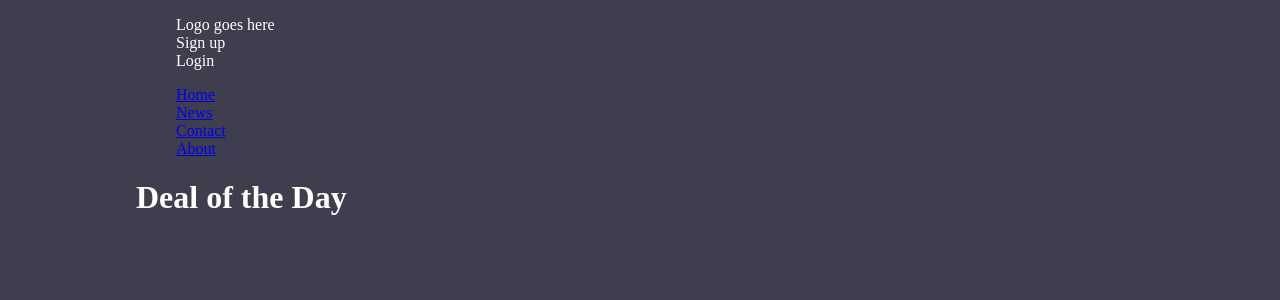
Repository: jigom11791/Wavez
Page: Wavez/Waves-Site/index.html
These files come from the project's save history. The page is drawn as it stood at one moment and after the next save; the edit follows.
The browser window is 1280 px wide. The pictures show the whole page.

Above is the page before, as saved 2020-10-30 17:47:53.

### Wavez/Waves-Site/index.html
<!DOCTYPE html>
<html>
<head>
    <title>Waves Price Tracker</title>
    <link rel="stylesheet" href="style.css">
</head>
<body>
    <div id="container">

        <div id="header">
            <ul>
                <li class="left">Logo goes here</li>
                <li class="left">Sign up</li>
                <li class="right">Login</li>
            </ul>
        </div>
        <div id="top-nav">
            <ul class="topnav">
                <li><a class="active" href="#">Home</a></li>
                <li><a href="#">News</a></li>
                <li><a href="#">Contact</a></li>
                <li class="right"><a href="#">About</a></li>
              </ul>

        </div>
        <div id="content">
            <h1>Deal of the Day</h1>
        </div>

    </div>
</body>
</html>

### Wavez/Waves-Site/style.css
@import url('https://fonts.googleapis.com/css2?family=Noto+Sans&family=Noto+Sans+JP&display=swap');
@import url('https://fonts.googleapis.com/css2?family=Noto+Sans&display=swap');

body {
    background-color: #3e3e4f;
    color: white;
    font-style: "Noto sans JP", sans-serif;
    padding: 0% 10%;
}

li{
    list-style-type: none;
    margin: 0;
    padding: 0;
    overflow: hidden;
}
ul#top-nav {
    background-color: #333;
    width: 100%;
}
#nav-nar li{
    float: left;
}
#nav-bar a{
    display: block;
    color: white;
    text-align:center;
    padding: 14px 16px;
    text-decoration: none;
    font-size: 17px;
}

After the next save:
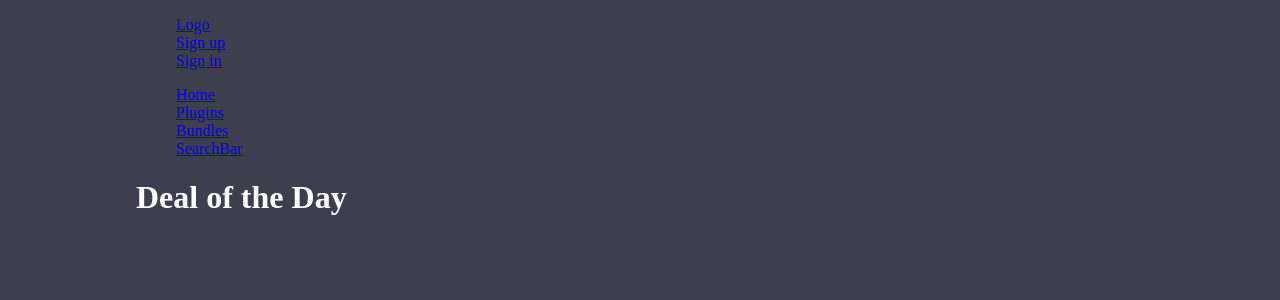
Saved 91 s later.
--- a/Wavez/Waves-Site/index.html
+++ b/Wavez/Waves-Site/index.html
@@ -8,18 +8,19 @@
     <div id="container">
 
         <div id="header">
-            <ul>
-                <li class="left">Logo goes here</li>
-                <li class="left">Sign up</li>
-                <li class="right">Login</li>
-            </ul>
+            <ul class="header">
+                <li><a href="#">Logo</a></li>
+                <li class="right"><a href="#">Sign up</a></li>
+                <li class="right"><a href="#">Sign in</a></li>
+              </ul>
+
         </div>
         <div id="top-nav">
             <ul class="topnav">
                 <li><a class="active" href="#">Home</a></li>
-                <li><a href="#">News</a></li>
-                <li><a href="#">Contact</a></li>
-                <li class="right"><a href="#">About</a></li>
+                <li><a href="#">Plugins</a></li>
+                <li><a href="#">Bundles</a></li>
+                <li class="right"><a href="#">SearchBar</a></li>
               </ul>
 
         </div>
